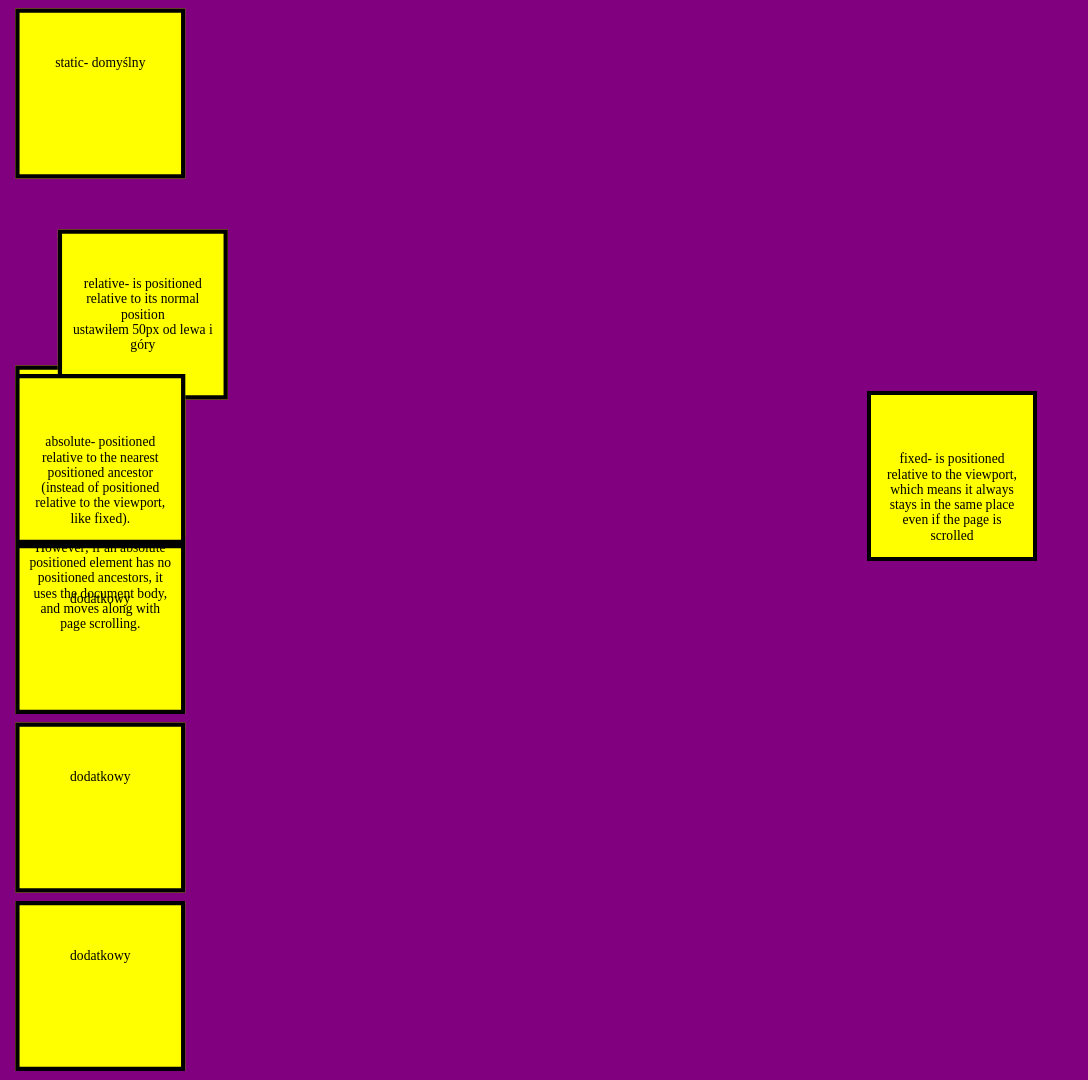
Repository: quenrythane/homepage
Page: CSS positions/CSS-positions.html
The author's editor kept a copy of each file at every save. The page is drawn from the files as they stood at one save, then again after the next save.
The browser window is 1280 px wide. The pictures show the whole page, at 85% of full size.

Above is the page before, as saved 2020-10-11 03:57:41.

### CSS positions/CSS-positions.html
<!DOCTYPE html>
<html lang="en">
<head>
    <meta charset="UTF-8">
    <meta name="viewport" content="width=device-width, initial-scale=1.0">
    <title>CSS-positions</title>
    <link href="CSS-positions.css " rel="stylesheet" type="text/css">
</head>
<body >
    <div class="box static">static- domyślny</div>
    <div class="box relative">relative- is positioned relative to its normal position<br>
    ustawiłem 50px od lewa i góry</div>
    <div class="box fixed">
        <p>fixed- is positioned relative to the viewport, which means it always stays in the same place even if the page is scrolled</p>
        <p>A fixed element does not leave a gap in the page where it would normally have been located</p>
        <p> Czyli ogólnie strona załaduje go w to miejsce jakby strona normalnie się ładowała i na koniec tak jakby przy klei go w to miejsce na ekranie, przez co nawet jak będziemy przewijać stronę to zostanie w tym samym miejscu ekranu (nie zmieni miejsca ani w wysokości ani w szerokośći)</p>
        <p> Chyba, że nadamy mu miejsce w którym ma się znaleźć, wtedy tak jakby nie jest brany pod uwagę w wstępnym layoucie strony, tylko dodawany na sam koniec (ja go ustawię w miejsce w prawym rogu po 50px od krawędzi)</p>
    </div>
    <div class="box absolute">
        <p>absolute- positioned relative to the nearest positioned ancestor (instead of positioned relative to the viewport, like fixed).</p>

       <p> However; if an absolute positioned element has no positioned ancestors, it uses the document body, and moves along with page scrolling.</p>
        </div>
    <div class="box sticky">sticky</div>

    <div class="box">dodatkowy</div>
    <div class="box">dodatkowy</div>
    <div class="box">dodatkowy</div>
</body>
</html>

### CSS positions/CSS-positions.css
body {
    background: purple;
}

.box{
    box-sizing: border-box;
    background: yellow;
    width: 200px;
    height: 200px ;
    margin: 10px;
    text-align: center;
    padding: 10px ;
    padding-top: 50px;
    border: solid black 5px;
}

.static{
    position: static;
}

.relative{
    position: relative;
    left: 50px;
    top: 50px;
}

.fixed{
    position: fixed;
    overflow: scroll;
    right: 50px;
    bottom: 50px;
}

.absolute{
    position: absolute;
}

.sticky{

}

After the next save:
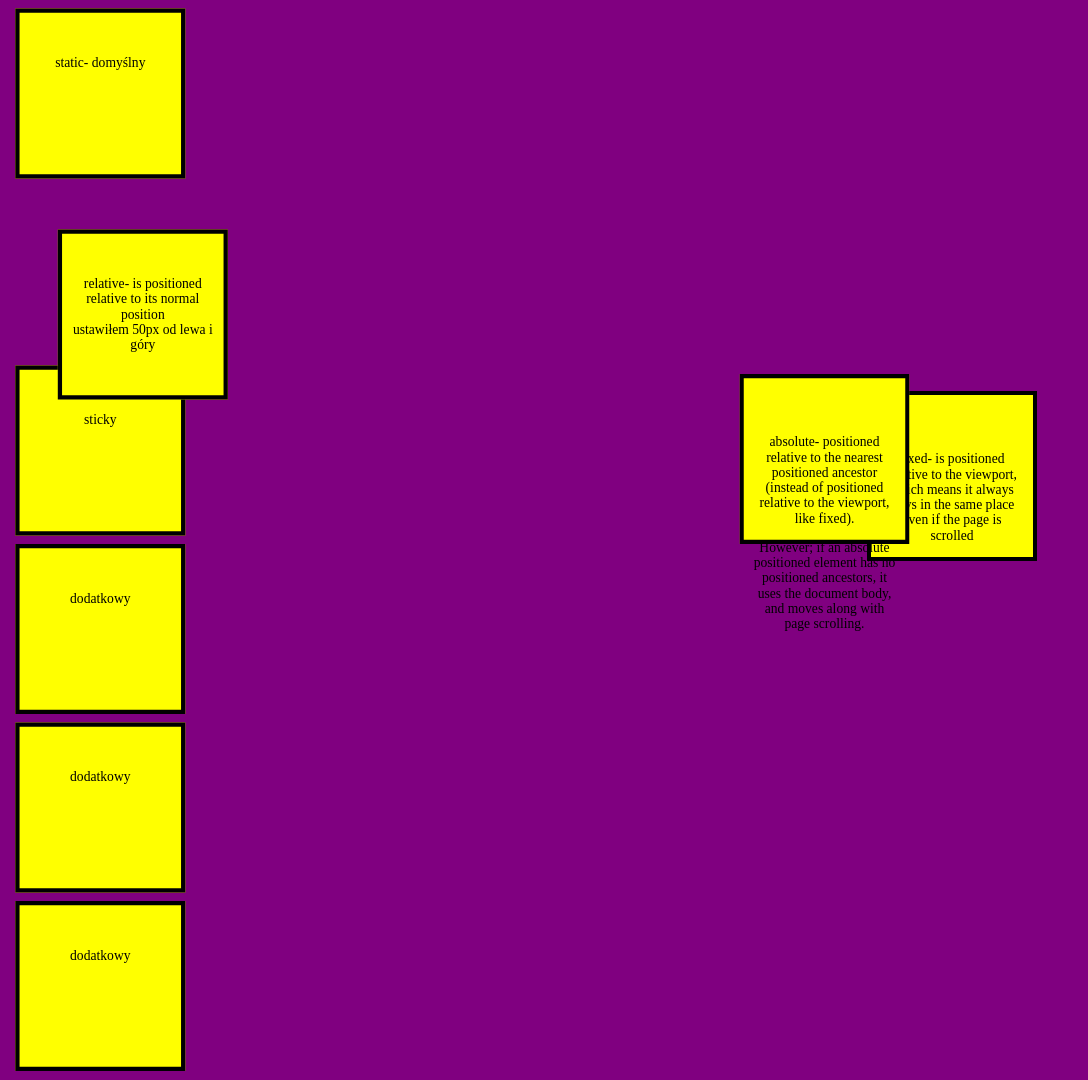
Saved 12 s later.
--- a/CSS positions/CSS-positions.css
+++ b/CSS positions/CSS-positions.css
@@ -33,6 +33,7 @@ body {
 
 .absolute{
     position: absolute;
+    right: 200px;
 }
 
 .sticky{
